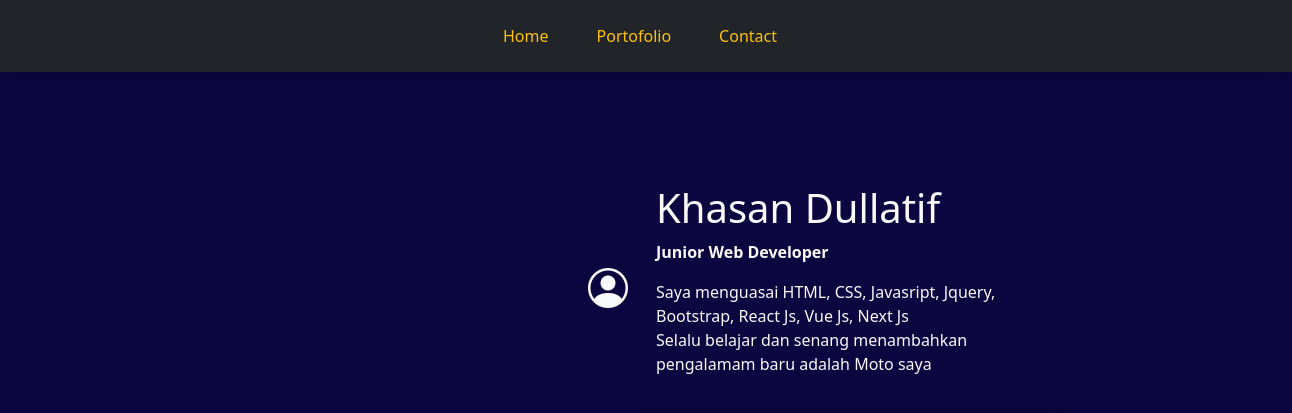
Repository: AHSANS354/Tugas-MSIB-5-GitHub
Page: tugas/tugas bootsrap/Home.html
The author's editor kept a copy of each file at every save. The page is drawn from the files as they stood at one save, then again after the next save.
The browser window is 1280 px wide. The page is 1292 px wide, so the pictures cover 1292 px, including what lies to the right of the window. The pictures show the whole page.

Above is the page before, as saved 2023-09-19 17:04:49.

After the next save:
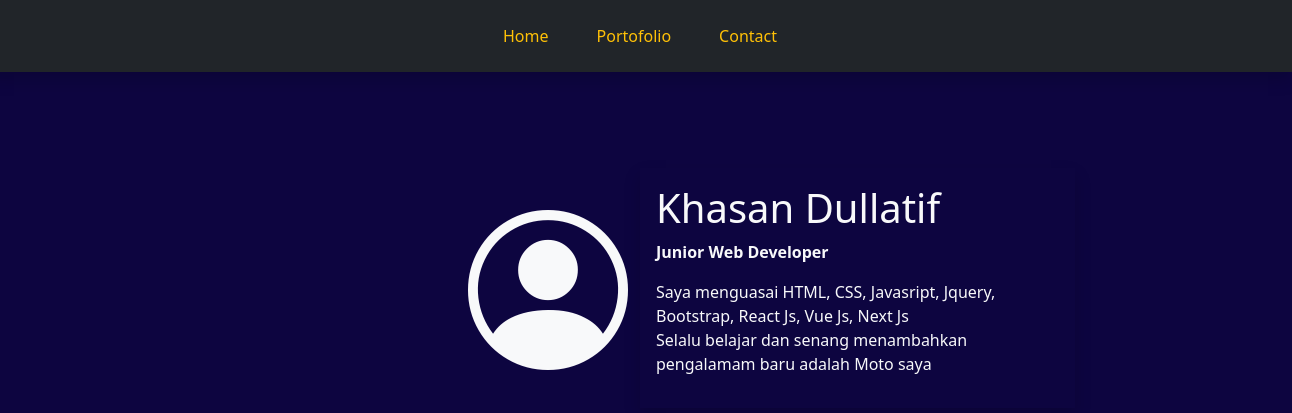
Saved 25 s later.
--- a/tugas/tugas bootsrap/Home.html
+++ b/tugas/tugas bootsrap/Home.html
@@ -29,7 +29,7 @@
       </div>
       <div class="row mt-5 pt-5 d-flex align-items-center">
         <div class="col-6 d-flex justify-content-end">
-          <i class="bi bi-person-circle text-light fs-1"></i>
+          <i class="bi bi-person-circle text-light" style="font-size: 10rem"></i>
         </div>
         <div class="col-4 shadow p-3 text-light">
           <h1>Khasan Dullatif</h1>
